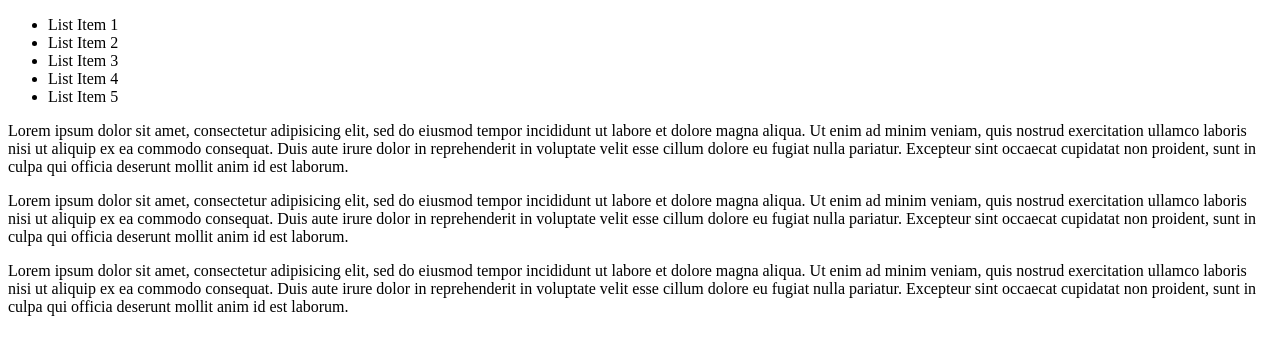
Repository: PankajSutharPersistent/vm-backup
Page: workspaceJavaScript/DemoJQuery/index.html
The author's editor kept a copy of each file at every save. The page is drawn from the files as they stood at one save, then again after the next save.
The browser window is 1280 px wide. The pictures show the whole page.

Above is the page before, as saved 2017-01-02 04:38:06.

### workspaceJavaScript/DemoJQuery/index.html
<!DOCTYPE HTML PUBLIC "-//W3C//DTD HTML 4.01 Transitional//EN"
"http://www.w3.org/TR/html4/loose.dtd">
<html xmlns="http://www.w3.org/1999/xhtml">
    <head>
        <meta http-equiv="Content-Type" content="text/html; charset=utf-8" />
        <title>New Web Project</title>
        <script src="lib/jquery-3.1.1.js" type="text/javascript" charset="utf-8"></script>
        	<script type="text/javascript" charset="utf-8">

			jQuery(function(){
					alert("Hi");
				});
			</script>


        </script>
    </head>
    <body>
       <ul>
       	<li class="items">List Item 1</li>
       	<li class="items">List Item 2</li>
       	<li class="items">List Item 3</li>
       	<li class="items">List Item 4</li>
       	<li class="items">List Item 5</li>
       </ul>
       <p>Lorem ipsum dolor sit amet, consectetur adipisicing elit, sed do eiusmod tempor incididunt ut labore et dolore magna aliqua. Ut enim ad minim veniam, quis nostrud exercitation ullamco laboris nisi ut aliquip ex ea commodo consequat. Duis aute irure dolor in reprehenderit in voluptate velit esse cillum dolore eu fugiat nulla pariatur. Excepteur sint occaecat cupidatat non proident, sunt in culpa qui officia deserunt mollit anim id est laborum.</p>
   		<p>Lorem ipsum dolor sit amet, consectetur adipisicing elit, sed do eiusmod tempor incididunt ut labore et dolore magna aliqua. Ut enim ad minim veniam, quis nostrud exercitation ullamco laboris nisi ut aliquip ex ea commodo consequat. Duis aute irure dolor in reprehenderit in voluptate velit esse cillum dolore eu fugiat nulla pariatur. Excepteur sint occaecat cupidatat non proident, sunt in culpa qui officia deserunt mollit anim id est laborum.</p>
   		<p>Lorem ipsum dolor sit amet, consectetur adipisicing elit, sed do eiusmod tempor incididunt ut labore et dolore magna aliqua. Ut enim ad minim veniam, quis nostrud exercitation ullamco laboris nisi ut aliquip ex ea commodo consequat. Duis aute irure dolor in reprehenderit in voluptate velit esse cillum dolore eu fugiat nulla pariatur. Excepteur sint occaecat cupidatat non proident, sunt in culpa qui officia deserunt mollit anim id est laborum.</p>

   </body>
</html>

Loaded but not shown: workspaceJavaScript/DemoJQuery/lib/jquery-3.1.1.js (library)

After the next save:
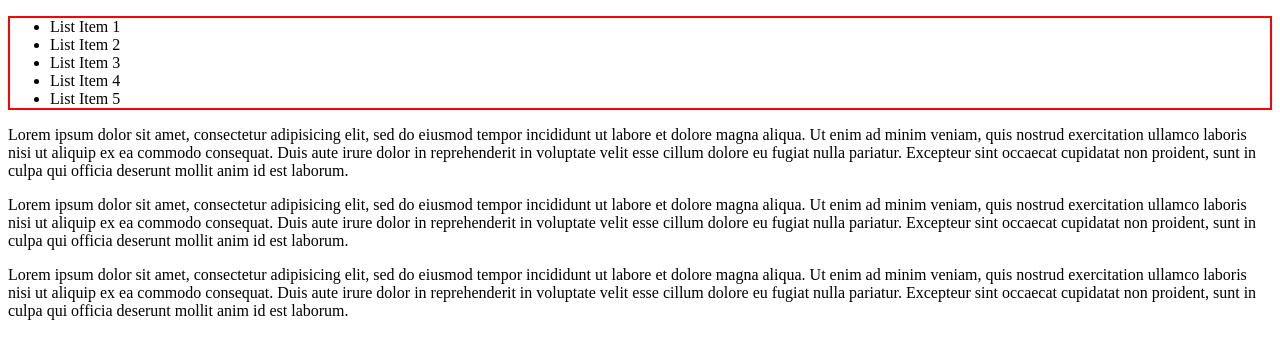
Saved 9 min 46 s later.
--- a/workspaceJavaScript/DemoJQuery/index.html
+++ b/workspaceJavaScript/DemoJQuery/index.html
@@ -8,8 +8,8 @@
         	<script type="text/javascript" charset="utf-8">
 
 			jQuery(function(){
-					alert("Hi");
-				});
+				$("ul").css("border","2px solid red");
+			});
 			</script>
 
 
